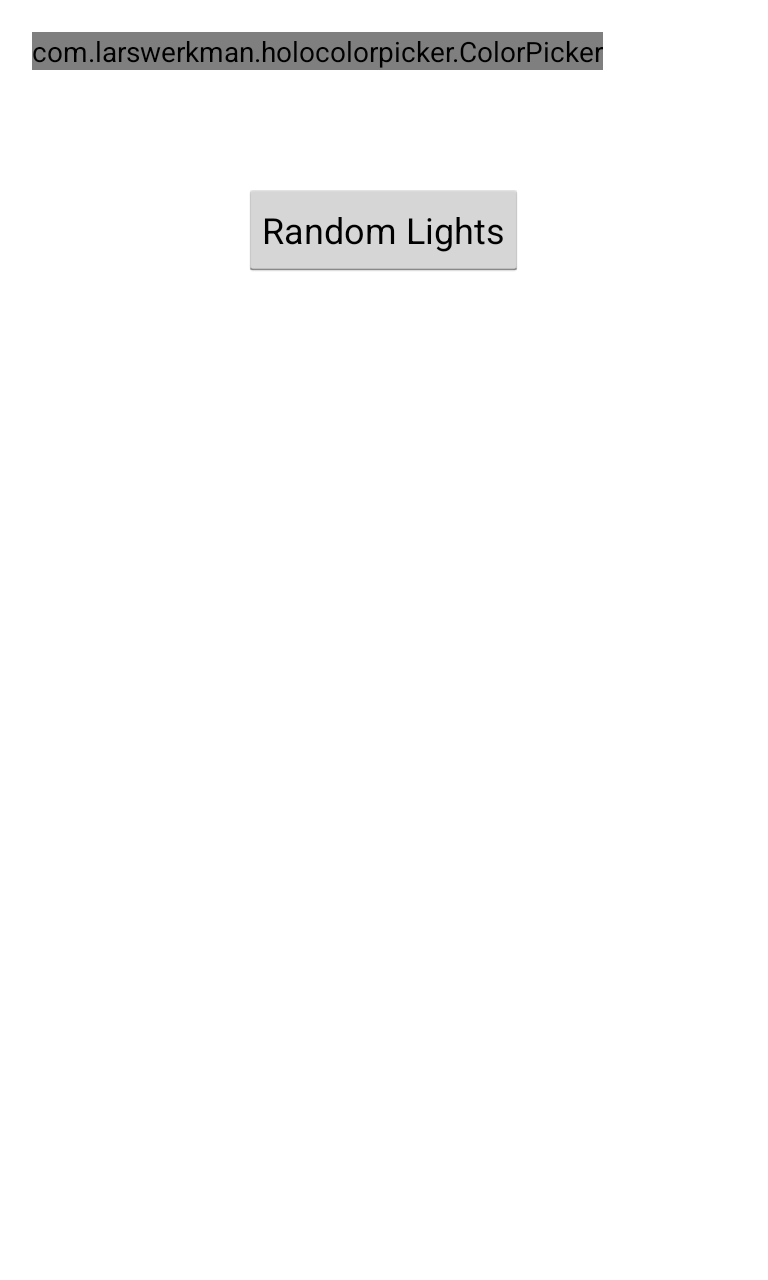
Repository: nsadras/huevision
Layout: android/HueVision/res/layout/activity_main.xml
An editor plug-in stored every save of this project. The layout is shown before and after the next save, followed by the edit.
Pictures or frames that could not be fetched are drawn as grey boxes. It is drawn on a 768 x 1280 px phone screen (xhdpi) without system bars, with theme AppTheme; the app's code is not run.

Above is the layout before, as saved 2014-02-15 12:28:55.

### android/HueVision/res/layout/activity_main.xml
<RelativeLayout xmlns:android="http://schemas.android.com/apk/res/android"
    xmlns:tools="http://schemas.android.com/tools"
    android:layout_width="match_parent"
    android:layout_height="match_parent"
    android:paddingBottom="@dimen/activity_vertical_margin"
    android:paddingLeft="@dimen/activity_horizontal_margin"
    android:paddingRight="@dimen/activity_horizontal_margin"
    android:paddingTop="@dimen/activity_vertical_margin"
    tools:context=".PHMyApplicationActivity" >


    <com.larswerkman.holocolorpicker.ColorPicker
    	android:id="@+id/picker"
    	android:layout_width="wrap_content"
    	android:layout_height="wrap_content"/>

    <Button
        android:id="@+id/buttonRand"
        android:layout_width="wrap_content"
        android:layout_height="wrap_content"
        android:layout_below="@+id/picker"
        android:layout_centerHorizontal="true"
        android:layout_marginTop="56dp"
        android:paddingLeft="10dp"
        android:paddingRight="10dp"
        android:text="@string/btn_random" />

</RelativeLayout>

### android/HueVision/res/values/strings.xml
<?xml version="1.0" encoding="utf-8"?>
<resources>

    <string name="app_name">Hue QuickStart</string>
    <string name="action_settings">Settings</string>
    <string name="no_bridge">No Bridge Found.   Start Bridge Search</string>
    <string name="btn_refresh">Refresh</string>
    <string name="btn_find_bridge">Find new bridge</string>
    <string name="btn_random">Random Lights</string>
    <string name="search_progress">Searching ...</string>
    <string name="connecting">Connecting ...</string>
    <string name="btn_ok">Ok</string>
    <string name="btn_cancel">Cancel</string>
    <string name="txt_could_not_connect">No connection</string>
    <string name="txt_click_random_button">Click the Random Lights Button to set your lamps to random colours.</string>
    <string name="could_not_find_bridge">Hue cannot find your bridge. Please check that it is connected to the same Wi-Fi router as your app and press</string>
    <string name="btn_more">More</string>
    <string name="btn_reconnect">Reconnect</string>
    <string name="enter_light_name">Enter light name</string>
    <string name="txt_sdk_version">SDK Version</string>
    <string name="menu_find_bridge">Find new Bridge</string>
    <string name="menu_refresh">Refresh</string>
    <string name="btn_retry">Retry</string>
    <string name="searching_for_bridges">Searching for Bridges</string>
    <string name="txt_selectbridges">Available Access Points</string>
    <string name="txt_pushlink">Pushlink</string>
    <string name="press_pushlink_button">Press the link button on the bridge</string>
    <string name="txt_select_smartbridge">Please select a bridge to use for this app</string>
    <string name="title_error">Error</string>
    <string name="txt_last_heartbeat">Last Heartbeat : </string>
</resources>

Loaded but not shown: android/HueVision/res/values/styles.xml (common file); android/HueVision/res/values-v11/styles.xml (common file); android/HueVision/res/values-v14/styles.xml (common file); android/HueVision/res/values/dimens.xml (common file)

After the next save:
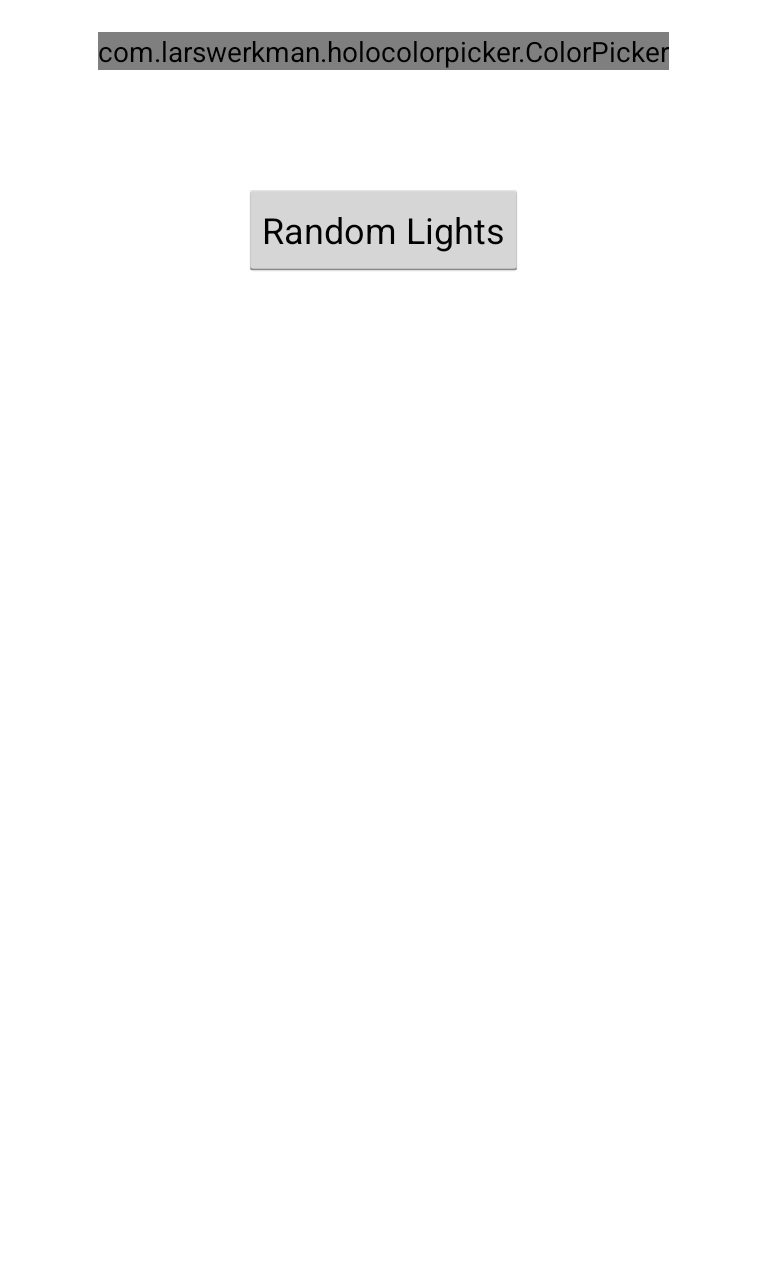
Saved 10 min 26 s later.
--- a/android/HueVision/res/layout/activity_main.xml
+++ b/android/HueVision/res/layout/activity_main.xml
@@ -12,7 +12,8 @@
     <com.larswerkman.holocolorpicker.ColorPicker
     	android:id="@+id/picker"
     	android:layout_width="wrap_content"
-    	android:layout_height="wrap_content"/>
+    	android:layout_height="wrap_content"
+    	android:layout_centerHorizontal="true"/>
 
     <Button
         android:id="@+id/buttonRand"
